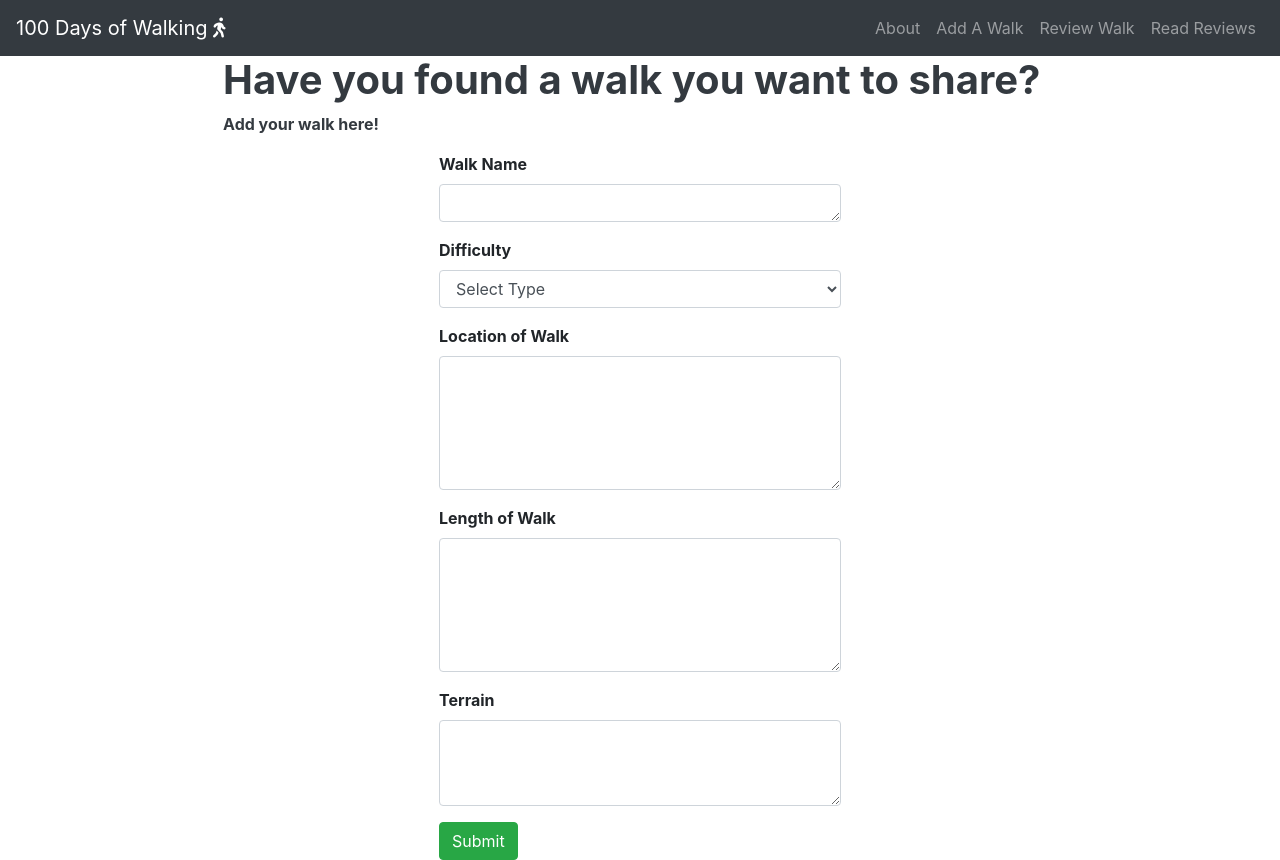
Repository: 5803emma/days-of-walking
Page: http://localhost/add_new_walk
The author's editor kept a record of every edit. The page is drawn from the files as they stood at one moment, then again after the next edit.
The browser window is 1280 px wide. The pictures show the whole page.
Some web libraries are served in a nearby version. The page is served by the project's application, run on Flask 3 (app.py).

Above is the page before.

After the next edit:
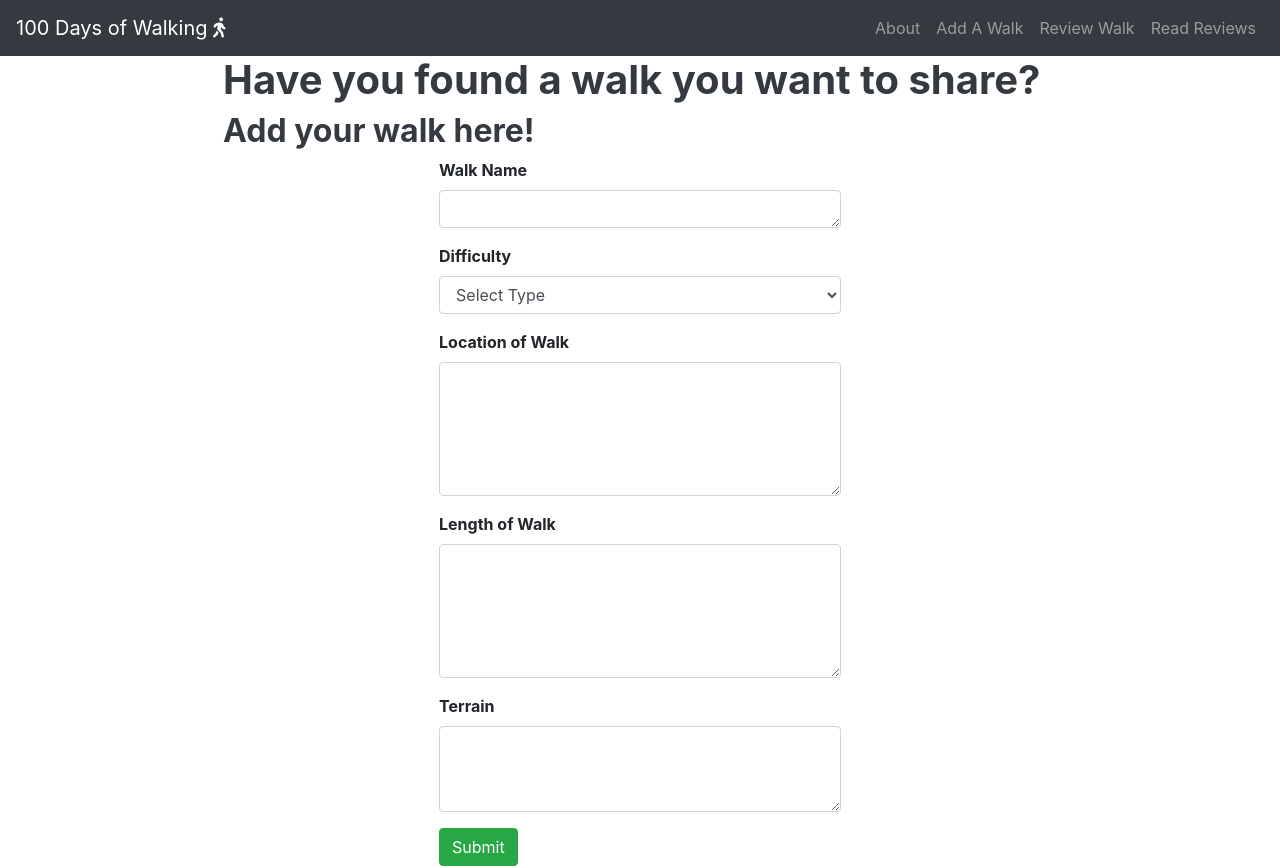
The edit:
--- a/templates/add_walk.html
+++ b/templates/add_walk.html
@@ -4,7 +4,7 @@
     <div class="row justify-content-center">
         <div class="col-10 text-dark welcome-text">
             <h1><strong>Have you found a walk you want to share?</strong></h1>
-            <p><strong>Add your walk here!</strong></p>
+            <h2><strong>Add your walk here!</strong></h2>
         </div>
     </div>
     <div class="row row-form justify-content-center">
